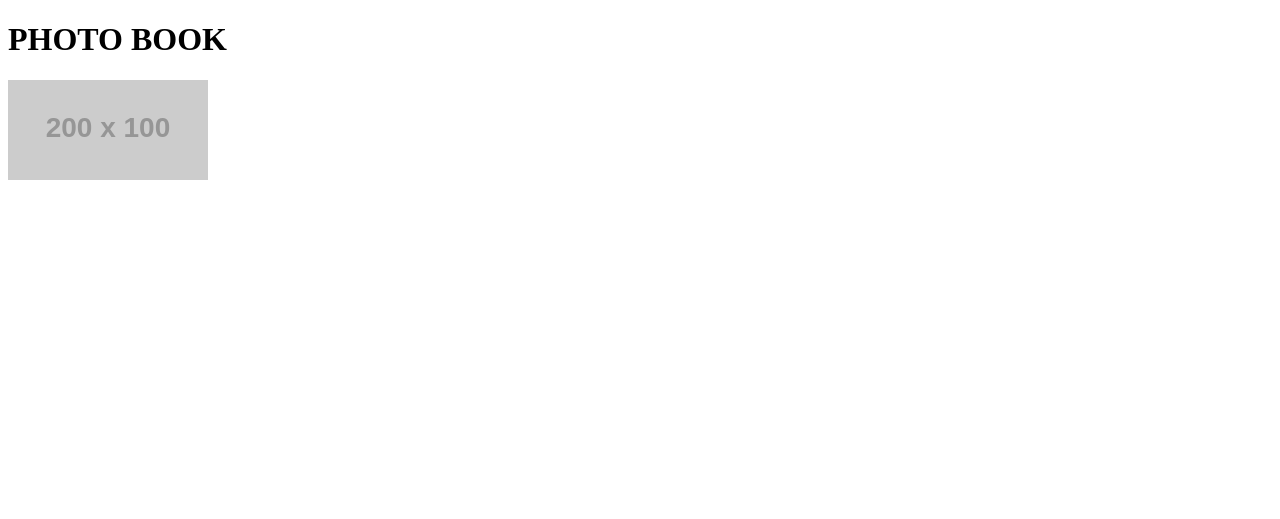
Repository: daytime/LP-study
Page: photo_book/index.html
An editor plug-in stored every save of this project. The page is shown before and after the next save, followed by the edit.
The browser window is 1280 px wide. The pictures show the whole page.

Above is the page before, as saved 2025-01-28 12:34:18.

After the next save:
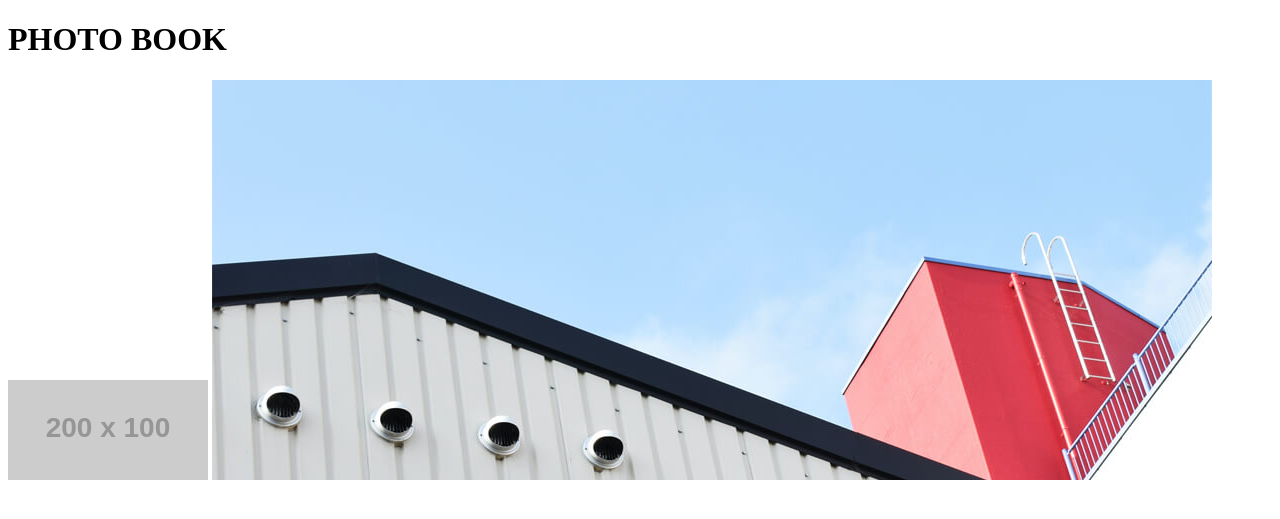
Saved 3 min 2 s later.
--- a/photo_book/index.html
+++ b/photo_book/index.html
@@ -8,6 +8,7 @@
   <header>
     <h1>PHOTO BOOK</h1>
     <img src="http://placehold.it/200x100" alt="ロゴ" />
+    <img src="img/mainvisual.jpg" alt="ロゴ" />
   </header>
   <body></body>
 </html>
